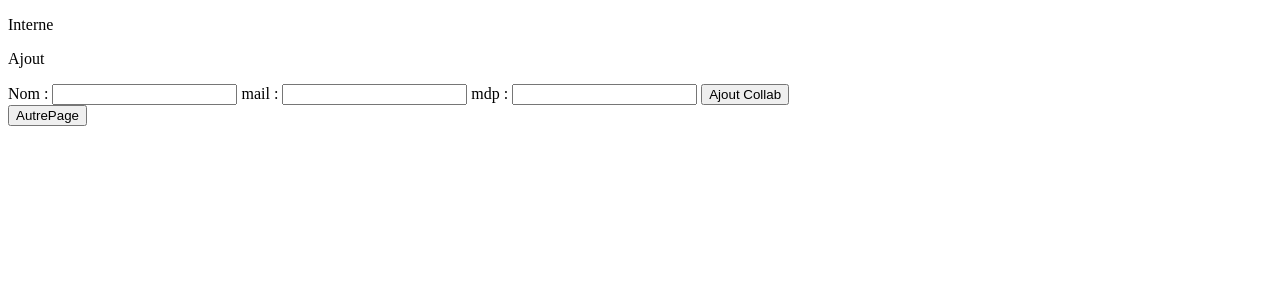
Repository: Shakibaei-2020/CRA_JEE_FINAL
Page: http://localhost/jee_crainfocom/ControleInterneGestionFrais
The author's editor kept a copy of each file at every save. The page is drawn from the files as they stood at one save, then again after the next save.
The browser window is 1280 px wide. The pictures show the whole page.
The page is served by Tomcat 9. Other server files are loaded and not shown.

Above is the page before, as saved 2021-04-02 14:27:02.

### CRA_JEE_FINAL/jee_crainfocom/src/main/webapp/WEB-INF/AccueilInterne.jsp
<%@ page language="java" contentType="text/html; charset=ISO-8859-1"
    pageEncoding="ISO-8859-1"%>
<!DOCTYPE html>
<html>
<head>
<meta charset="ISO-8859-1">
<title>Insert title here</title>
</head>
<body>
<p>Interne</p>
<p>Ajout</p>
<form method="post" action="ControleAdminGestionCollab" >

            <label for="nomIn">Nom : </label>
            <input type="text" name="nomIn" id="nomIn" />

            <label for="mailIn">mail : </label>
            <input type="text" name="mailIn" id="mailIn" />

            <label for="mdpIn">mdp : </label>
            <input type="text" name="mdpIn" id="mdpIn" />

            <input type="submit" value="Ajout Collab" />
</form>

<form method="post" action="ControleAdminGestionCollab" >

            <input type="submit" value="AutrePage" />
</form>

</body>
</html>

### CRA_JEE_FINAL/jee_crainfocom/src/main/java/com/infocom/controller/Collaborateur/ControleInterneGestionFrais.java
package com.infocom.controller.Collaborateur;
import java.io.IOException;
import java.sql.SQLException;
import java.text.ParseException;
import java.text.SimpleDateFormat;
import java.sql.Date;

import javax.servlet.ServletException;
import javax.servlet.annotation.WebServlet;
import javax.servlet.http.HttpServlet;
import javax.servlet.http.HttpServletRequest;
import javax.servlet.http.HttpServletResponse;
import com.infocom.model.NoteDeFrais;
import com.infocom.model.DAO.NoteDeFraisDAO;


@WebServlet("/ControleInterneGestionFrais")
public class ControleInterneGestionFrais extends HttpServlet {
	private static final long serialVersionUID = 1L;

    public ControleInterneGestionFrais() {
        super();
    }



	protected void doGet(HttpServletRequest request, HttpServletResponse response) throws ServletException, IOException {

        this.getServletContext().getRequestDispatcher("/WEB-INF/AccueilInterne.jsp").forward(request, response);
	}


	protected void doPost(HttpServletRequest request, HttpServletResponse response) throws ServletException, IOException {


		String buttonClicked = request.getParameter("button_clicked");

		if(buttonClicked != null) {
		switch(buttonClicked) {
		case "ajoutFrais":

			String raisonIn =request.getParameter("raisonIn");
	        Double prixIn = Double.parseDouble(request.getParameter("prixIn"));
	        String dateIn = request.getParameter("dateIn");
	        int idIn = Integer.parseInt(request.getParameter("idIn"));

	        Date date=Date.valueOf(dateIn);

	        NoteDeFrais noteDeFrais = new NoteDeFrais(5,raisonIn,prixIn,date, idIn);
	        NoteDeFraisDAO noteDeFraisDAO = new NoteDeFraisDAO();

			try {
				noteDeFraisDAO.insertFrais(noteDeFrais);
			} catch (SQLException e) {
				e.printStackTrace();
			}


			     this.doGet(request, response);
			     return;
			}

	}

		        this.getServletContext().getRequestDispatcher("/WEB-INF/AccueilInterne.jsp").forward(request, response);
	}

}

After the next save:
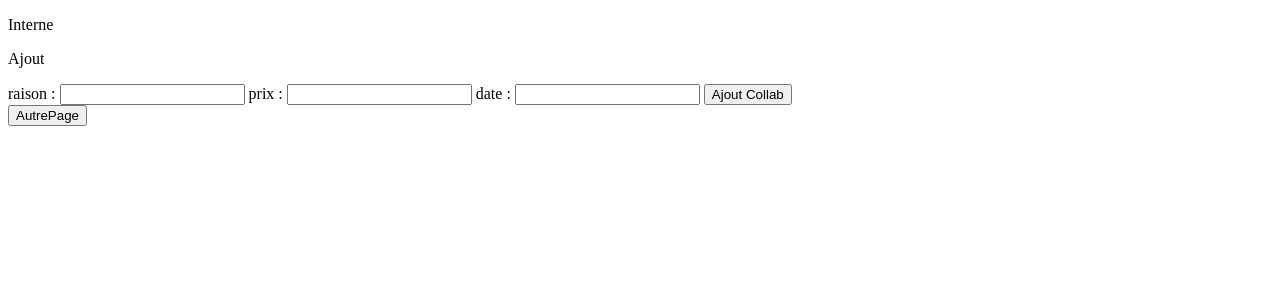
Saved 54 s later.
--- a/CRA_JEE_FINAL/jee_crainfocom/src/main/webapp/WEB-INF/AccueilInterne.jsp
+++ b/CRA_JEE_FINAL/jee_crainfocom/src/main/webapp/WEB-INF/AccueilInterne.jsp
@@ -11,14 +11,14 @@
 <p>Ajout</p>
 <form method="post" action="ControleAdminGestionCollab" >
 
-            <label for="nomIn">Nom : </label>
-            <input type="text" name="nomIn" id="nomIn" />
+            <label for="raisonIn">raison : </label>
+            <input type="text" name="raisonIn" id="raisonIn" />
 
-            <label for="mailIn">mail : </label>
-            <input type="text" name="mailIn" id="mailIn" />
+            <label for="mailIn">prix : </label>
+            <input type="text" name="prixIn" id="prixlIn" />
 
-            <label for="mdpIn">mdp : </label>
-            <input type="text" name="mdpIn" id="mdpIn" />
+            <label for="dateIn">date : </label>
+            <input type="text" name="dateIn" id="dateIn" />
 
             <input type="submit" value="Ajout Collab" />
 </form>
